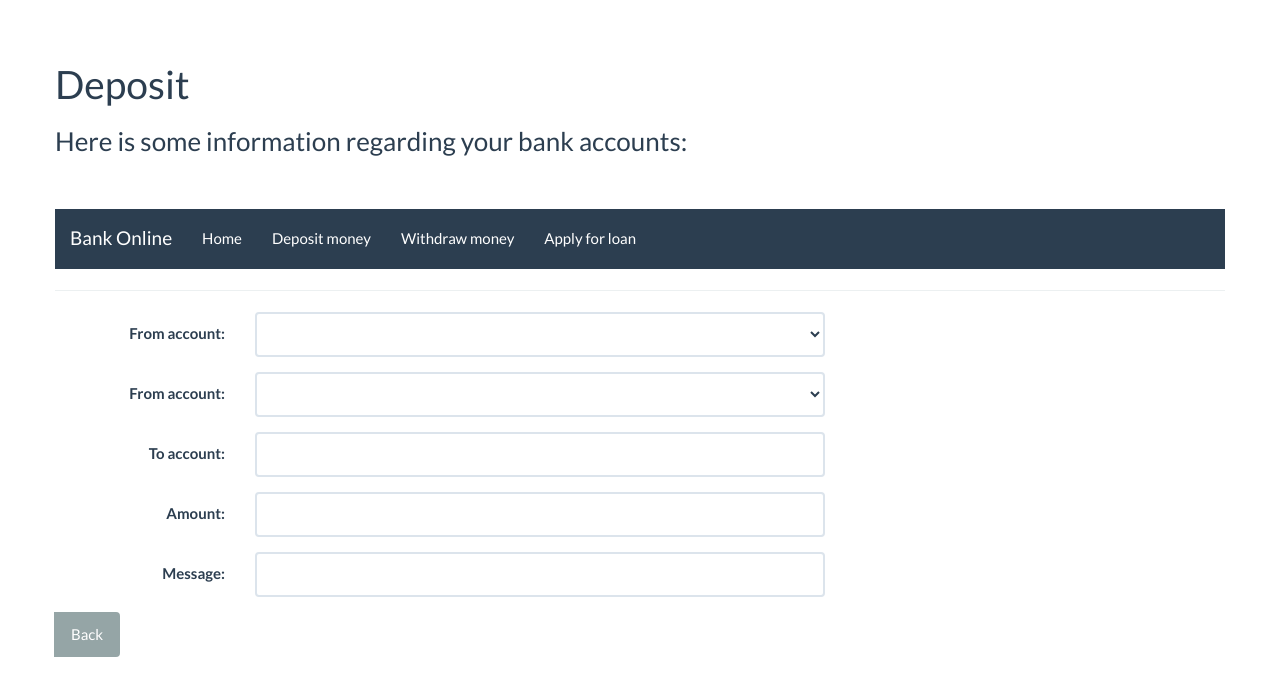
Repository: klitusas/SpringMVCBanking
Page: http://localhost/loans
The author's editor kept a copy of each file at every save. The page is drawn from the files as they stood at one save, then again after the next save.
The browser window is 1280 px wide. The pictures show the whole page.
The page is this project's Thymeleaf template; nobody is signed in. The template is opened directly, without the code that normally fills it, so the values that code supplies are empty.

Above is the page before, as saved 2017-03-01 14:09:17.

### banking/src/main/resources/templates/loans.html
<!DOCTYPE HTML>
<html xmlns:th="http://www.thymeleaf.org">
<head>
    <title>Bank Online</title>
    <meta http-equiv="Content-Type" content="text/html; charset=UTF-8" />

	<link rel="stylesheet" href="/bootstrap.min.css" media="screen"/>
</head>
<body>
	<div class="container">
      <div class="page-header" id="banner">
        <div class="row">
          <div>
			<h1>Deposit</h1>
			<h3>Here is some information regarding your bank accounts: </h3>
			<br/>
			<br/>
			<nav class="navbar navbar-default navbar-static-top">
 				 <div class="container">
			  			<div class="navbar-header">
					      <a class="navbar-brand" href="#">Bank Online</a>
					    </div>
					    <ul class="nav navbar-nav">
					      <li><a th:href="@{/accounts}">Home</a></li>
					      <li><a  th:href="@{/deposit}">Deposit money</a></li>
					      <li><a href="#">Withdraw money</a></li>
					      <li><a href="#">Apply for loan</a></li>
					    </ul>
 				 </div>
			</nav>
				<hr/>
				<form class="form-horizontal" th:action="@{/deposit}"  method="post" enctype="multipart/form-data" >
            	<fieldset>
            		<div class="form-group">
	                    <label class="col-lg-2 control-label">From account:</label>
	                    <div class="col-lg-6">
						    <select name="fromAccount"  class="form-control">
								<option th:each="account : ${accounts}"
									th:value="${account.id}"
									th:text="${account.label}"></option>
							</select>
	                    </div>
                	</div>
                	<div class="form-group">
	                    <label class="col-lg-2 control-label">From account:</label>
	                    <div class="col-lg-6">
						    <select name="toAccount"  class="form-control">
								<option th:each="account : ${accounts}"
									th:value="${account.id}"
									th:text="${account.label}"></option>
							</select>
	                    </div>
                	</div>
            		<div class="form-group">
	                    <label class="col-lg-2 control-label" >To account:</label>
	                    <div class="col-lg-6">
	                    	<input type="text" class="form-control" name="toAccount"/>
	                    </div>
                	</div>
                	<div class="form-group">
	                    <label class="col-lg-2 control-label">Amount:</label>
	                    <div class="col-lg-6">
	                    	<input type="text" class="form-control" name="amount"/>
	                    </div>
                	</div>
                	<div class="form-group">
	                    <label class="col-lg-2 control-label">Message:</label>
	                    <div class="col-lg-6">
	                    	<input type="text" class="form-control" name="description"/>
	                    </div>
                	</div>
                	<span class="input-group-btn">
						<button type="submit" class="btn btn-default">Back</button>
					</span>
            	</fieldset>
            </form>
<!-- 				<form th:action="@{/deposit}" method="post" enctype="multipart/form-data">
					<div>
						From account: <input name="fromAccount" />
					</div>
					<div>
						To account: <input name="toAccount" />
					</div>
					<div>
						Amount: <input name="amount" />
					</div>
					<div>
						Message: <input name="description" />
					</div>
					<div>
						<input type="submit" value="Deposit" name="button"/>
					</div>
				</form> -->
			</div>
		</div>
	</div>
</div>
</body>
</html>

Loaded but not shown: banking/src/main/resources/static/bootstrap.min.css (library)

After the next save:
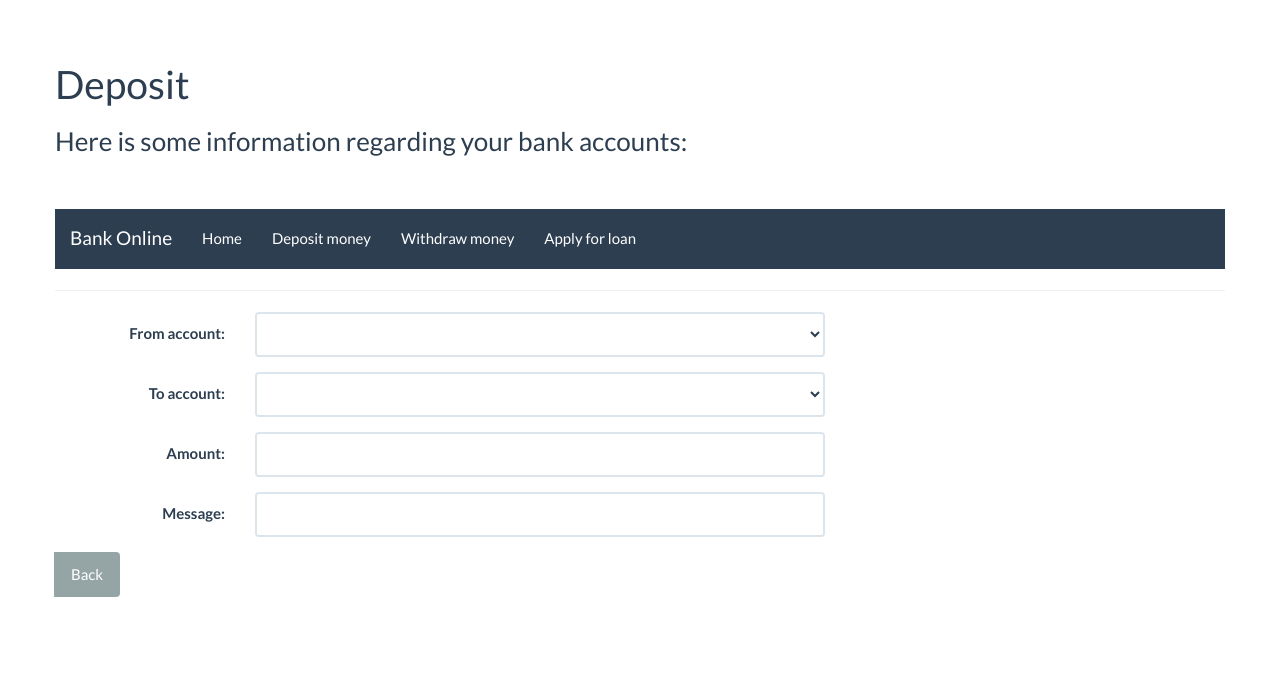
Saved 53 s later.
--- a/banking/src/main/resources/templates/loans.html
+++ b/banking/src/main/resources/templates/loans.html
@@ -42,7 +42,7 @@
 	                    </div>
                 	</div>
                 	<div class="form-group">
-	                    <label class="col-lg-2 control-label">From account:</label>
+	                    <label class="col-lg-2 control-label">To account:</label>
 	                    <div class="col-lg-6">
 						    <select name="toAccount"  class="form-control">
 								<option th:each="account : ${accounts}"
@@ -51,12 +51,12 @@
 							</select>
 	                    </div>
                 	</div>
-            		<div class="form-group">
+     <!--        		<div class="form-group">
 	                    <label class="col-lg-2 control-label" >To account:</label>
 	                    <div class="col-lg-6">
 	                    	<input type="text" class="form-control" name="toAccount"/>
 	                    </div>
-                	</div>
+                	</div> -->
                 	<div class="form-group">
 	                    <label class="col-lg-2 control-label">Amount:</label>
 	                    <div class="col-lg-6">
